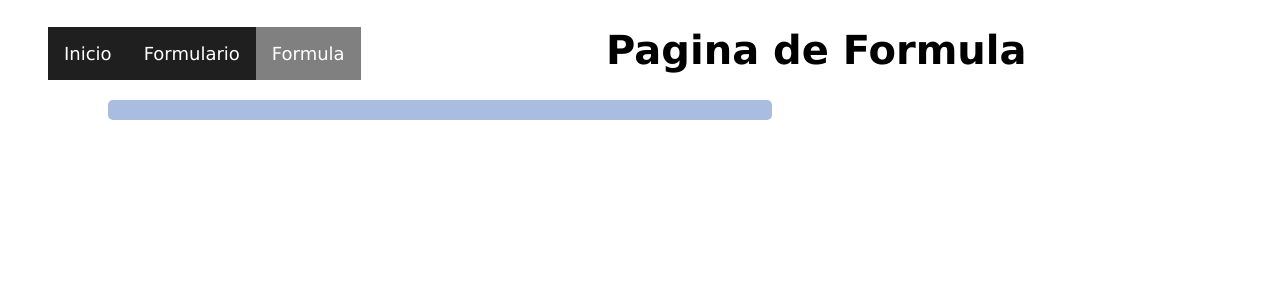
Repository: misterySnow94/tutoriales
Page: pagina basica/formula.html
The author's editor kept a copy of each file at every save. The page is drawn from the files as they stood at one save, then again after a run of saves.
The browser window is 1280 px wide. The pictures show the whole page.

Above is the page before, as saved 2019-11-04 00:32:33.

### pagina basica/formula.html
<!DOCTYPE html>
<html lang="en">
<head>
    <meta charset="UTF-8">
    <meta name="viewport" content="width=device-width, initial-scale=1.0">
    <meta http-equiv="X-UA-Compatible" content="ie=edge">
    <title>inicio</title>
    <link rel="stylesheet" href="css/style.css">
</head>
<body>
    <nav>
        <ul>
            <li><a href="index.html"> Inicio </a></li>
            <li><a href="formulario.html">Formulario</a></li>
            <li class="active"><a href="formula.html">Formula</a></li>
        </ul>
    </nav>

    <div class="contenido">
        <h1>Pagina de Formula</h1>

        <form action=""></form>
    </div>
</body>
</html>

### pagina basica/css/style.css
body{
    font-family: 'Lucida Sans', 'Lucida Sans Regular', 'Lucida Grande', 'Lucida Sans Unicode', Geneva, Verdana, sans-serif;
}

li{
    float: left;
    list-style: none;
    padding: 16px;
    background-color: rgb(31, 31, 31);
}

.active{
    background-color: gray;
}

li:hover{
    background-color: gray;
}

a{
    color: white;
    text-decoration: none;
    font-size: 18px;
}

h1{
    text-align: center;
    font-size: 40px;
}

form{
    margin-left: 100px;
    margin-right: 500px;
    background-color: rgb(169, 189, 224);
    border-radius: 5px;
    padding: 10px;
}

label, input, h3 , select{
    margin-left: 20px;
}

input, select{
    margin-left: 50px;
    border-radius: 5px;
    height: 30px;
    font-family: 'Lucida Sans', 'Lucida Sans Regular', 'Lucida Grande', 'Lucida Sans Unicode', Geneva, Verdana, sans-serif;
    background-color: cornsilk;
}

button{
    background-color: blueviolet;
    height: 50px;
    width: 300px;
    border:none;
    border-radius: 5px;
    font-family: 'Lucida Sans', 'Lucida Sans Regular', 'Lucida Grande', 'Lucida Sans Unicode', Geneva, Verdana, sans-serif;
    font-size: 30px;
    color:white;
    margin-left: 25%;
}

button:hover{
    background-color: rgb(190, 140, 236);
    color:black;
}

.radio{
    width: 20px;
    height: 20px;
}

After the next 2 saves:
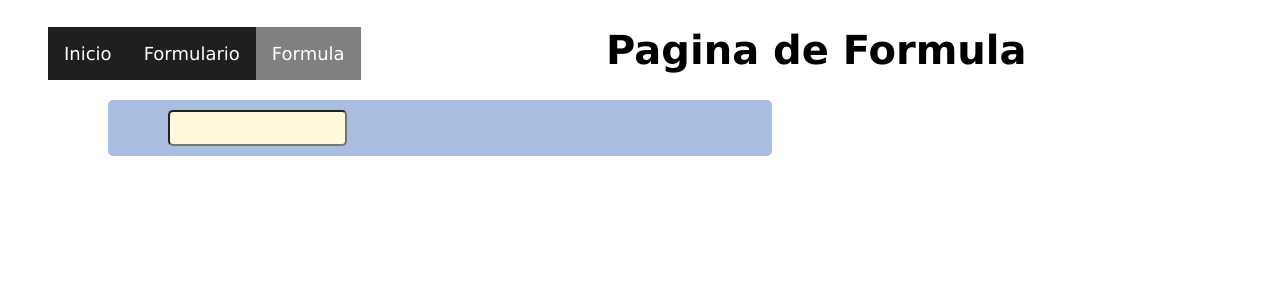
The 2 saves are shown as one change because they came seconds apart.
The last was saved 8 s later.
--- a/pagina basica/formula.html
+++ b/pagina basica/formula.html
@@ -19,7 +19,9 @@
     <div class="contenido">
         <h1>Pagina de Formula</h1>
 
-        <form action=""></form>
+        <form action="">
+            <input type="text">
+        </form>
     </div>
 </body>
 </html>
